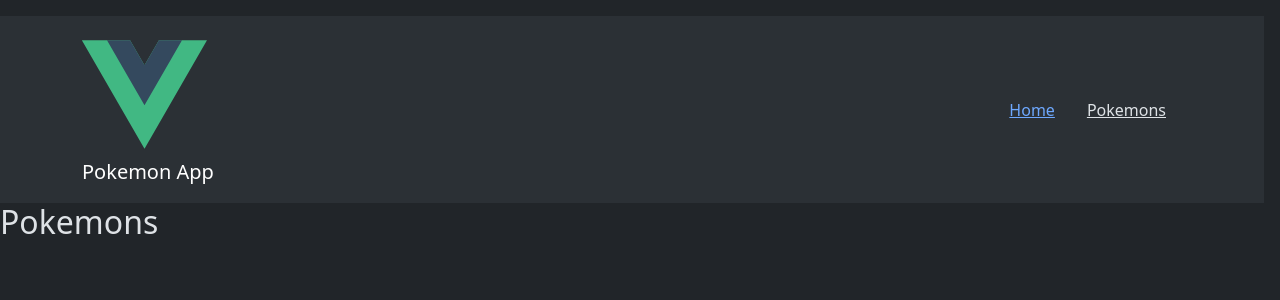
Repository: jjdevzinho/curso-vue-pinia-com-ts-poke-api
Page: /pokemons
An editor plug-in stored every save of this project. The page is shown before and after the next save, followed by the edit.
The browser window is 1280 px wide. The pictures show the whole page.
The page's requests for data from a server got no answer. The project was rebuilt for these pictures with package versions that can differ from the ones it lists, and the page was loaded fresh each time. No one was signed in, and anything a server would have sent is missing. Also part of the build but not shown: vite.config.ts, src/views/HomeView.vue.

Above is the page before, as saved 2024-10-13 08:20:52.

### index.html
<!doctype html>
<html lang="en" data-bs-theme="dark">
  <head>
    <meta charset="UTF-8" />
    <link rel="icon" href="/favicon.ico" />
    <meta name="viewport" content="width=device-width, initial-scale=1.0" />
    <title>Vite App</title>
    <link
      href="https://cdn.jsdelivr.net/npm/bootstrap@5.3.3/dist/css/bootstrap.min.css"
      rel="stylesheet"
      integrity="sha384-QWTKZyjpPEjISv5WaRU9OFeRpok6YctnYmDr5pNlyT2bRjXh0JMhjY6hW+ALEwIH"
      crossorigin="anonymous"
    />
  </head>
  <body>
    <div id="app"></div>
    <script type="module" src="/src/main.ts"></script>
  </body>
</html>

### src/App.vue
<script setup lang="ts">
import { RouterLink, RouterView } from 'vue-router'
</script>

<template>
  <header>
    <nav class="navbar bg-body-tertiary">
      <div class="container">
        <a class="navbar-brand" href="#">
          <img
            alt="Vue logo"
            class="logo"
            src="@/assets/logo.svg"
            width="125"
            height="125"
          />
          Pokemon App
        </a>
        <div>
          <RouterLink to="/" exact>Home</RouterLink>
          <RouterLink to="/pokemons">Pokemons</RouterLink>
        </div>
      </div>
    </nav>
  </header>

  <RouterView />
</template>

<style scoped>
header {
  line-height: 1.5;
  max-height: 100vh;
}

.logo {
  display: block;
  margin: 0 auto 2rem;
}

nav {
  width: 100%;
  font-size: 12px;
  text-align: center;
  margin-top: 2rem;
}

nav a.router-link-exact-active {
  color: var(--color-text);
}

nav a.router-link-exact-active:hover {
  background-color: transparent;
}

nav a {
  display: inline-block;
  padding: 0 1rem;
  border-left: 1px solid var(--color-border);
}

nav a:first-of-type {
  border: 0;
}

@media (min-width: 1024px) {
  header {
    display: flex;
    place-items: center;
    padding-right: calc(var(--section-gap) / 2);
  }

  .logo {
    margin: 0 2rem 0 0;
  }

  header .wrapper {
    display: flex;
    place-items: flex-start;
    flex-wrap: wrap;
  }

  nav {
    text-align: left;
    margin-left: -1rem;
    font-size: 1rem;

    padding: 1rem 0;
    margin-top: 1rem;
  }
}
</style>

### src/router/index.ts
import { createRouter, createWebHistory } from 'vue-router'
import HomeView from '../views/HomeView.vue'

const router = createRouter({
  history: createWebHistory(import.meta.env.BASE_URL),
  routes: [
    {
      path: '/',
      name: 'home',
      component: HomeView,
    },
    {
      path: '/about',
      name: 'about',
      component: () => import('../views/AboutView.vue'),
    },
    {
      path: '/pokemons',
      name: 'about',
      component: () => import('../views/PokemonListView.vue'),
    },
    {
      path: '/pokemons/:name',
      name: 'pokemon',
      component: () => import('../views/PokemonView.vue'),
    },
  ],
})

export default router

### src/views/PokemonListView.vue
<script setup lang="ts">
import axios from 'axios'
import { ref } from 'vue'

interface Pokemon {
  name: string
  url: string
}

const pokemons = ref<Pokemon[]>([])

const getData = async () => {
  try {
    const { data } = await axios.get('https://pokeapi.co/api/v2/pokemon')
    pokemons.value = data.results as Pokemon[]
  } catch (error) {
    console.error(error)
  }
}

getData()
</script>

<template>
  <h2>Pokemons</h2>
  <ul class="">
    <li v-for="pokemon in pokemons" :key="pokemon.name">
      <RouterLink :to="`/pokemons/${pokemon.name}`">
        {{ pokemon.name }}
      </RouterLink>
    </li>
  </ul>
</template>

Loaded but not shown: src/main.ts (common file)

After the next save:
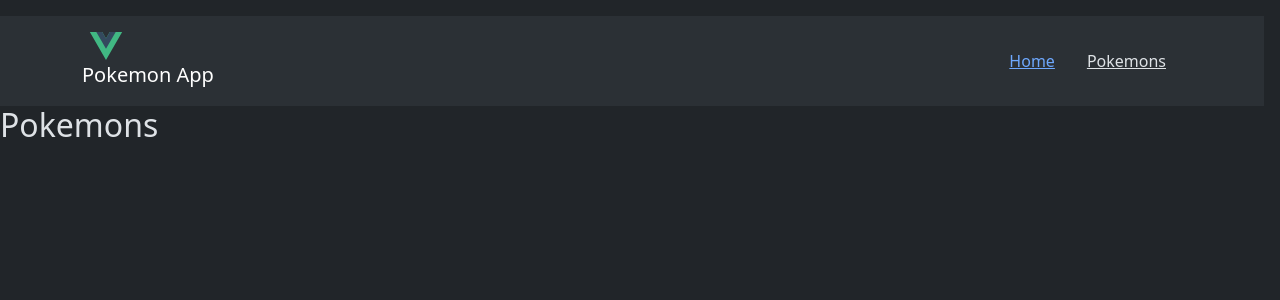
Saved 18 s later.
--- a/src/App.vue
+++ b/src/App.vue
@@ -11,8 +11,8 @@
             alt="Vue logo"
             class="logo"
             src="@/assets/logo.svg"
-            width="125"
-            height="125"
+            width="48"
+            height="28"
           />
           Pokemon App
         </a>
